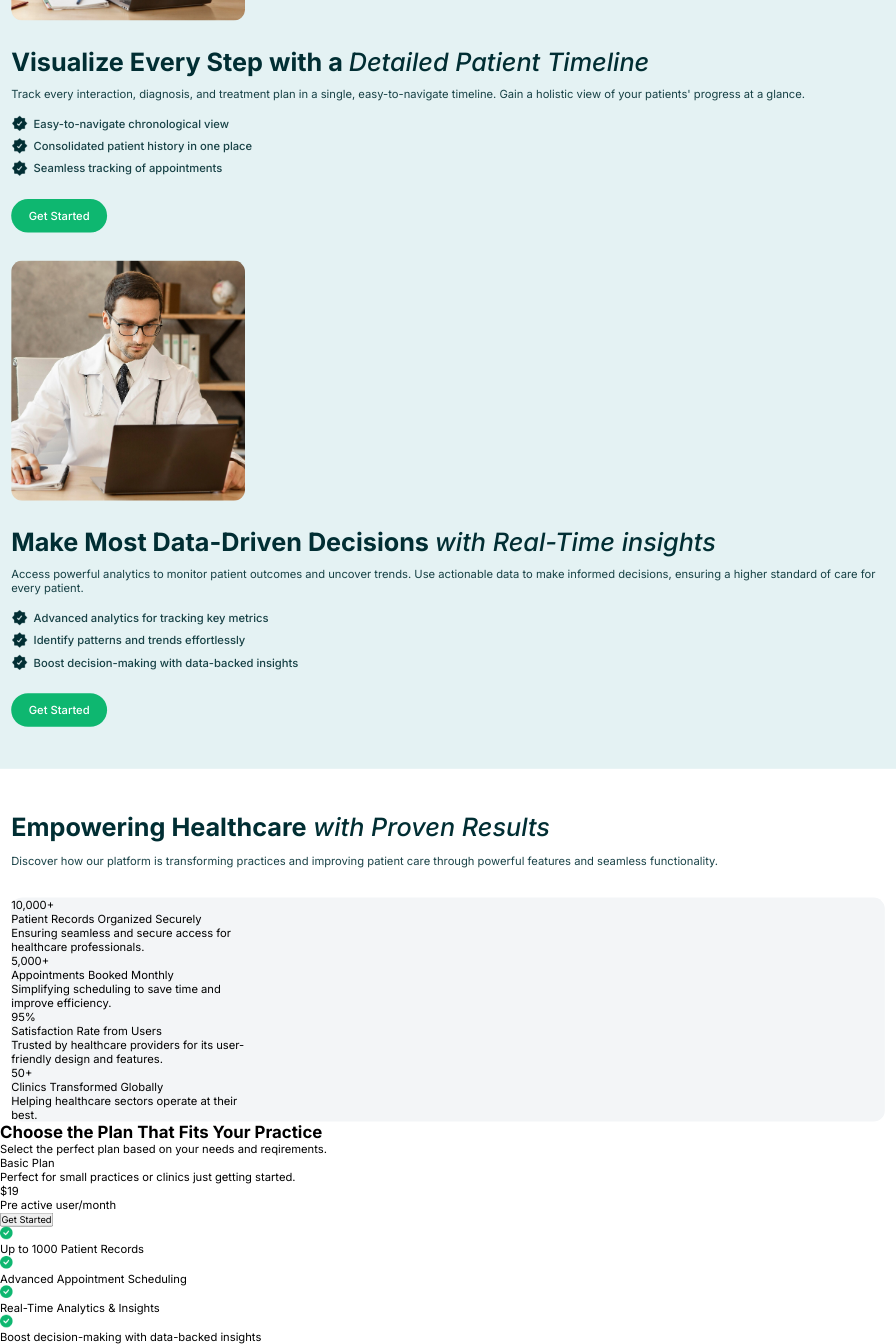
Repository: DiegoWWeege/recuperacao-prova-front-end
Page: index.html
These files come from the project's save history. The page is drawn as it stood at one moment and after the next save; the edit follows.
The browser window is 1280 px wide. The pictures show the part of the page from y = 1906 to 3826 px (the page is 3826 px tall), at 70% of full size.

Above is the page before, as saved 2026-06-22 19:07:57.

### index.html
<!DOCTYPE html>
<html lang="pt-br">
<head>
    <meta charset="UTF-8">
    <meta name="viewport" content="width=device-width, initial-scale=1.0">
    <title>ERTIFY HEALTH</title>
    <link rel="stylesheet" href="style.css">
</head>
<body>

    <!--Cabeçalho da Lading Page-->

    <header>
        <img src="images/logo.png" alt="Ertify Health logo">

        <section>
        <button aria-label = "Get Started" class = "get-started-button">Get Started</button>

            <img src="icons/burguer-menu.png" alt="Burguer menu">
        </section>
    </header>

    <!--Conteúdo principal da Lading Page-->
    <main class = "hero-section">

        <section>
            <h1>Simple & Secure Patient <span>Management</span></h1>
            <!-- Foi dado um espaço na palavra &amp, pois quando junta apresentava erro no html!-->
            <p>CERTIFY’s platform automates intake & amp; check-in processes
            so you can put the focus back on delivering quality care.</p>
        </section>

        <section id = "buttons-section">
            <button  aria-label = "Get Started" class = "get-started-button">Get Started</button>
            <button aria-label = "Play demo" class = "play-demo-button">Play Demo</button>
        </section>

        <img src="images/three-doctors.png" alt="Three doctors">
    </main>



    <section class = "section-patient-journey">
        <h2>Get a Proper Visualisation on <span>Patient Jouney</span></h2>

        <p>Understand and  manage your patients' healthcare journeys with
            clarity and precision. Our platform offers tools that provide
            actionable insights at every stage.</p>


        <section class = "image-text-benefits">

            <img src="images/doctor-xray.png" alt="A doctor sitting in his desk looking at an x-ray">

            <h2>Visualize Every Step with a <span>Detailed Patient Timeline</span></h2>

            <p>Track every interaction, diagnosis, and treatment
                plan in a single, easy-to-navigate
                timeline. Gain a holistic view of your patients'
                progress at a glance.</p>

            <section class = "benefits-grid">

                <img src="icons/checkmark-badge-02.png" alt="">
                <p class = "benefit">Easy-to-navigate chronological view</p>

                <img src="icons/checkmark-badge-02.png" alt="">
                <p class = "benefit">Consolidated patient history in one place</p>

                <img src="icons/checkmark-badge-02.png" alt="">
                <p class = "benefit">Seamless tracking of appointments</p>

            </section>

            <button  aria-label = "Get Started" class = "get-started-button">Get Started</button>

        </section>

        <section class = "image-text-benefits">

            <img src="images/doctor-laptop.png" alt="A doctor sitting in his desk looking at an x-ray">

            <h2>Make Most Data-Driven Decisions <span>with Real-Time insights</span></h2>

            <p>Access powerful analytics to monitor patient outcomes
                and uncover trends. Use actionable data
                 to make informed decisions, ensuring a higher standard
                 of care for every patient.</p>

            <section class = "benefits-grid">

                <img src="icons/checkmark-badge-02.png" alt="">
                <p class = "benefit">Advanced analytics for tracking key metrics</p>

                <img src="icons/checkmark-badge-02.png" alt="">
                <p class = "benefit">Identify patterns and trends effortlessly</p>

                <img src="icons/checkmark-badge-02.png" alt="">
                <p class = "benefit">Boost decision-making with data-backed insights</p>

            </section>

            <button  aria-label = "Get Started" class = "get-started-button">Get Started</button>

        </section>

    </section>

    <section class = "section-empowering-healthcare">
        <section class = "main-text">
            <h2>Empowering Healthcare<span> with Proven Results</span></h2>

        <p>Discover how our platform is transforming practices and improving
            patient care through powerful features and seamless functionality.</p>
        </section>

        <section class = "boxes-grid">
            <section class = "large-box">
                <p class = "first-p">10,000+</p>
                <p class = "second-p">Patient Records Organized Securely</p>

                <p class = "third-p">Ensuring seamless and secure access for healthcare professionals.</p>
            </section>

            <section class = "tiny-box">
                <p class = "first-p">5,000+</p>
                <p class = "second-p">Appointments Booked Monthly</p>

                <p class = "third-p">Simplifying scheduling to save time and improve efficiency.</p>
            </section>

            <section class = "large-box">
                <p class = "first-p">95%</p>
                <p class = "second-p">Satisfaction Rate from Users</p>

                <p class = "third-p">Trusted by healthcare providers for its user-friendly design and features.</p>
            </section>

            <section class = "tiny-box">
                <p class = "first-p">50+</p>
                <p class = "second-p">Clinics Transformed Globally</p>

                <p class>Helping healthcare sectors operate at their best.</p>
            </section>
        </section>

    </section>


    <section id="plans-section">
        <h2>Choose the Plan That Fits <span>Your Practice</span></h2>

        <p>Select the perfect plan based on your needs and reqirements. </p>

        <section class = "white-plan">
            <p>Basic Plan</p>

            <p>Perfect for small practices or clinics just getting started.</p>

            <p>$19</p>

            <p>Pre active user/month</p>


            <button class = "blank-get-started-button">Get Started</button>

            <section class = "qualities-grid">

                <img src="icons/green-ok.png" alt="green-check-mark">
                <p class = "benefit">Up to 1000 Patient Records</p>

                <img src="icons/green-ok.png" alt="green-check-mark">
                <p class = "benefit">Advanced Appointment Scheduling</p>

                <img src="icons/green-ok.png" alt="green-check-mark">
                <p class = "benefit">Real-Time Analytics & Insights</p>

                <img src="icons/green-ok.png" alt="green-check-mark">
                <p class = "benefit">Boost decision-making with data-backed insights</p>

            </section>
        </section>
    </section>
</body>
</html>

### style.css
@import url('https://fonts.googleapis.com/css2?family=Inter:ital,opsz,wght@0,14..32,100..900;1,14..32,100..900&family=Roboto:ital,wght@0,100..900;1,100..900&display=swap');

*{
    margin: 0px;
    padding: 0px;
    font-family: 'Inter', sans-serif;
}

img{
    object-fit: cover;
}

header{
    background-color: #012E33;
    width: 100vw;
    border-bottom: 1px solid #1A4347;
    display: grid;
    grid-template-columns: 1fr auto;
    align-items: center;
    padding: 1rem;
    box-sizing: border-box;
}

.get-started-button{
    background-color: #0EB770;
    color: white;
    font-size: 1rem;
    font-weight: 500;
    border-radius: 100px;
    height: 2.5rem;
    width: 8.063rem;
    border-style: none;
    justify-self: end;

}

header section{
    display: grid;
    grid-template-columns:auto auto;
    align-items: center;
    gap: 1rem;
}

.hero-section{
    background-color: #012E33;
    padding-top: 4.313rem;
    box-sizing: border-box;
}

.hero-section h1{
    font-family: "Inter" , sans-serif;
    font-size: 2.75rem;
    font-weight: 700;
    color: white;
    margin-bottom: 0.75rem;
    margin-left: 1.375rem;
    margin-right: 0.625rem;

}

.hero-section span{
    font-weight: 400;
    font-family: "Inter" , sans-serif;
    font-style: italic;
}

.hero-section p{
    color: rgba(255, 255, 255, 0.904);
    line-height: 1.625rem;
    margin-bottom: 4.313rem;
    margin-left: 1.375rem;
    margin-right: 0.625rem;
}

.hero-section #buttons-section button{
    width: 21.438rem;
    height: 3.5rem;
    margin-left: 1.375rem;
    margin-right: 0.625rem;
}

.hero-section #buttons-section .get-started-button{
    margin-bottom: 1rem;
}

.hero-section #buttons-section .play-demo-button{
    border: 1px solid #044046;
    border-radius: 100px;
    background: none;
    color: white;
    align-items: center;
    font-weight: 500;
    font-size: 16px;
}

.hero-section img{
    width: 100vw;
    margin-top: 2rem;
}

.section-patient-journey{
    background-color: #E4F2F3;
    padding-left: 1rem;
    padding-right: 1rem;
    padding-top: 3.75rem;
    padding-bottom: 3.75rem;
}

.section-patient-journey h2{
    font-family: "Inter" , sans-serif;
    font-weight: 700;
    font-size: 36px;
    line-height: 46px;
    color: #012E33;
    text-align: center;
}

.section-patient-journey span{
    font-weight: 500;
    font-style: italic;
}

.section-patient-journey p{
    color: #012e33e7;
    font-weight: 400;
    text-align: center;
    margin-top: 0.75rem;
}

.section-patient-journey img{
    height: 21.438rem;
    width: 20.875rem;
    border-radius: 1rem;
    margin-top: 2.5rem;
    margin-bottom: 2rem;
}

.section-patient-journey .image-text-benefits h2{
    text-align: start;
}

.section-patient-journey .image-text-benefits p{
    text-align:  start;
}

.image-text-benefits .benefits-grid{
    display: grid;
    grid-template-columns: auto 1fr;
    gap: 0.5rem;
    margin-top: 1.313rem;
    margin-bottom: 2rem;
}

.image-text-benefits .benefits-grid img{
    width: 1.5rem;
    height: 1.5rem;
    margin: 0px;

}

.image-text-benefits .benefits-grid p{
    margin: 0px;
    align-self: center;
    font-weight: 500;
}

.image-text-benefits .get-started-button{
    height: 3rem;
    width: 8.563rem;
}

.section-empowering-healthcare .main-text{
    margin-top: 3.75rem;
    margin-left: 1rem;
}

.section-empowering-healthcare .main-text h2{
    font-family: "Inter" , sans-serif;
    font-weight: 700;
    line-height: 46px;
    font-size: 36px;
    color: #012E33;
    margin-bottom: 0.75rem;
}

.section-empowering-healthcare .main-text span{
    font-weight: 500;
    font-style: italic;
}

.section-empowering-healthcare .main-text p{
    font-family: "Inter" , sans-serif;
    font-weight: 400;
    font-size: 16px;
    line-height: 26px;
    color: #012E33E5;
    margin-bottom: 2.5rem;

}

.section-empowering-healthcare .boxes-grid{
    display: grid;
    grid-template-columns: 21.438rem;
    background-color: #F3F5F7;
    border-radius: 16px;
    margin-left: 1rem;
    margin-right: 1rem;

.boxes-grid .first-box{
 margin-left: ;
}

After the next save:
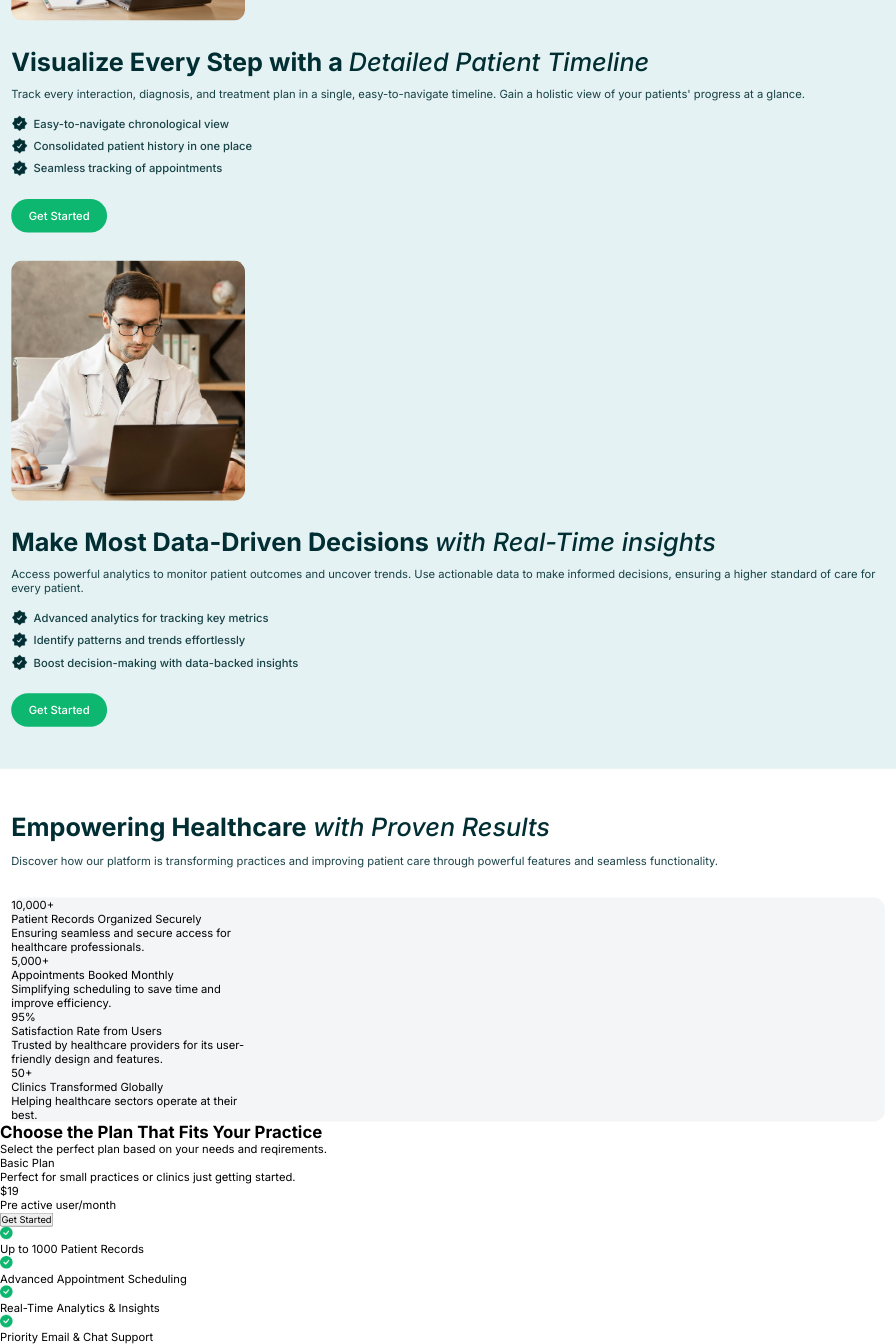
Saved 5 s later.
--- a/index.html
+++ b/index.html
@@ -140,7 +140,7 @@
                 <p class = "first-p">50+</p>
                 <p class = "second-p">Clinics Transformed Globally</p>
 
-                <p class>Helping healthcare sectors operate at their best.</p>
+                <p class = "third-p">Helping healthcare sectors operate at their best.</p>
             </section>
         </section>
 
@@ -176,7 +176,7 @@
                 <p class = "benefit">Real-Time Analytics & Insights</p>
 
                 <img src="icons/green-ok.png" alt="green-check-mark">
-                <p class = "benefit">Boost decision-making with data-backed insights</p>
+                <p class = "benefit">Priority Email & Chat Support</p>
 
             </section>
         </section>
